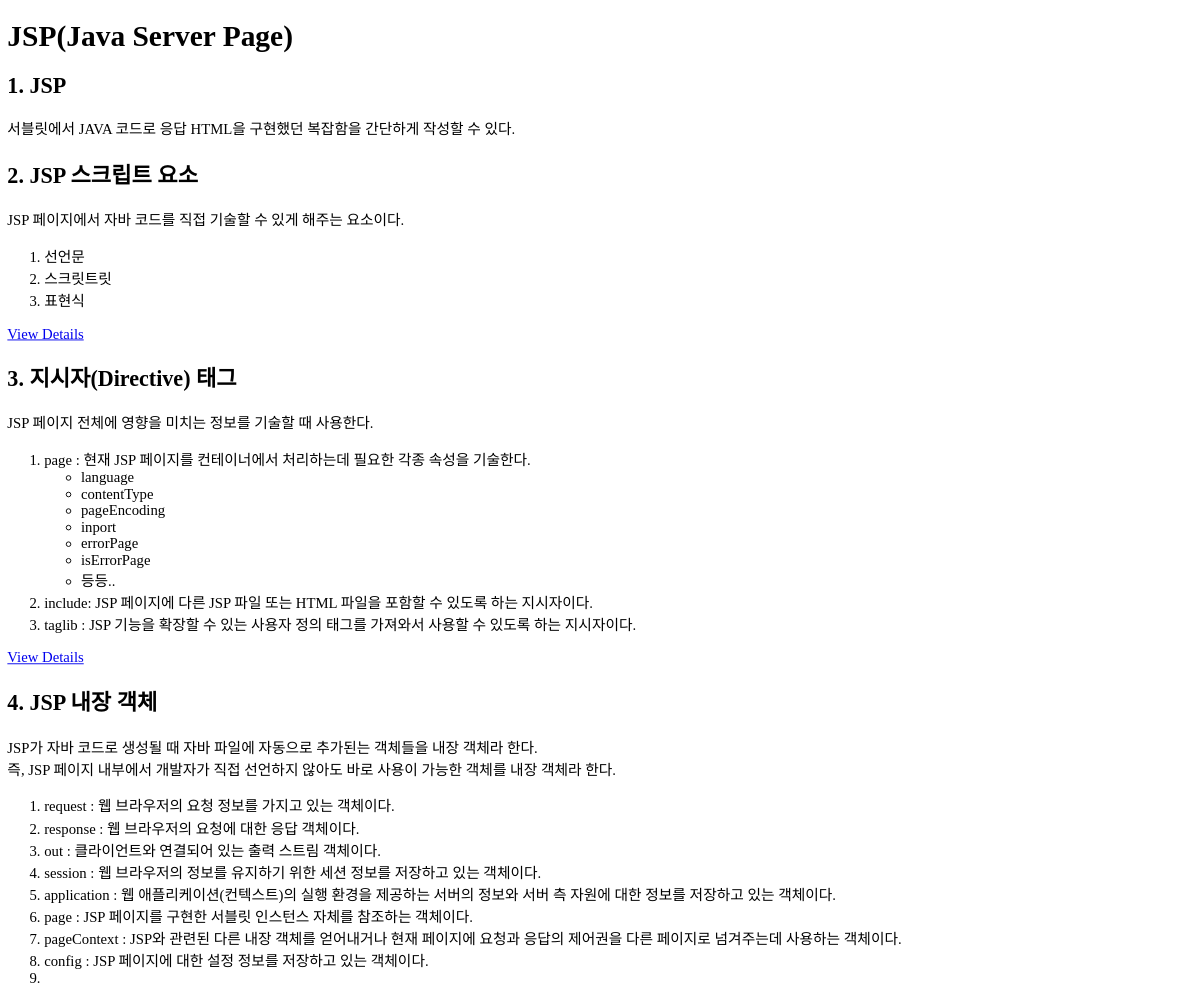
Repository: Parknogyung/Backend
Page: 02_JSP/src/main/webapp/index.html
The author's editor kept a copy of each file at every save. The page is drawn from the files as they stood at one save, then again after the next save.
The browser window is 1280 px wide. The pictures show the whole page, at 92% of full size.

Above is the page before, as saved 2022-07-11 01:05:34.

### 02_JSP/src/main/webapp/index.html
<!DOCTYPE html>
<html>
<head>
<meta charset="UTF-8">
<title>JSP(Java Server Page)</title>
</head>
<body>
	<h1>JSP(Java Server Page)</h1>

	<h2>1. JSP</h2>
	<p>
		서블릿에서 JAVA 코드로 응답 HTML을 구현했던 복잡함을 간단하게 작성할 수 있다.
	</p>

	<h2>2. JSP 스크립트 요소</h2>
	<p>
		JSP 페이지에서 자바 코드를 직접 기술할 수 있게 해주는 요소이다.
	</p>

	<ol>
		<li>선언문</li>
		<li>스크릿트릿</li>
		<li>표현식</li>
	</ol>

	<a href="views/elements">View Details</a>

	<h2>3. 지시자(Directive) 태그</h2>
	<p>
		JSP 페이지 전체에 영향을 미치는 정보를 기술할 때 사용한다.
	</p>

	<ol>
		<li>page : 현재 JSP 페이지를 컨테이너에서 처리하는데 필요한 각종 속성을 기술한다.</li>
		<ul>
 	 		<li> language </li>
  			<li> contentType </li>
  			<li> pageEncoding </li>
  			<li> inport </li>
  			<li> errorPage </li>
  			<li> isErrorPage </li>
  			<li> 등등.. </li>
		</ul>

		<li>include: JSP 페이지에 다른 JSP 파일 또는 HTML 파일을 포함할 수 있도록 하는 지시자이다.</li>
		<li>taglib : JSP 기능을 확장할 수 있는 사용자 정의 태그를 가져와서 사용할 수 있도록 하는 지시자이다.</li>
	</ol>

	<a href="views/directive">View Details</a>

	<h2>4. JSP 내장 객체</h2>
	<p>
		JSP가 자바 코드로 생성될 때 자바 파일에 자동으로 추가된는 객체들을 내장 객체라 한다. <br>
		즉, JSP 페이지 내부에서 개발자가 직접 선언하지 않아도 바로 사용이 가능한 객체를 내장 객체라 한다.
	</p>

	<ol>
		<li>request : 웹 브라우저의 요청 정보를 가지고 있는 객체이다.</li>
		<li>response : 웹 브라우저의 요청에 대한 응답 객체이다.</li>
		<li>out : 클라이언트와 연결되어 있는 출력 스트림 객체이다.</li>
		<li>session : 웹 브라우저의 정보를 유지하기 위한 세션 정보를 저장하고 있는 객체이다.</li>
		<li>application : 웹 애플리케이션(컨텍스트)의 실행 환경을 제공하는 서버의 정보와 서버 측 자원에 대한 정보를 저장하고 있는 객체이다.</li>
		<li>page : JSP 페이지를 구현한 서블릿 인스턴스 자체를 참조하는 객체이다.</li>
		<li>pageContext : JSP와 관련된 다른 내장 객체를 얻어내거나 현재 페이지에 요청과 응답의 제어권을 다른 페이지로 넘겨주는데 사용하는 객체이다.</li>
		<li>config : JSP 페이지에 대한 설정 정보를 저장하고 있는 객체이다.</li>
		<li></li>
	</ol>
</body>
</html>

After the next save:
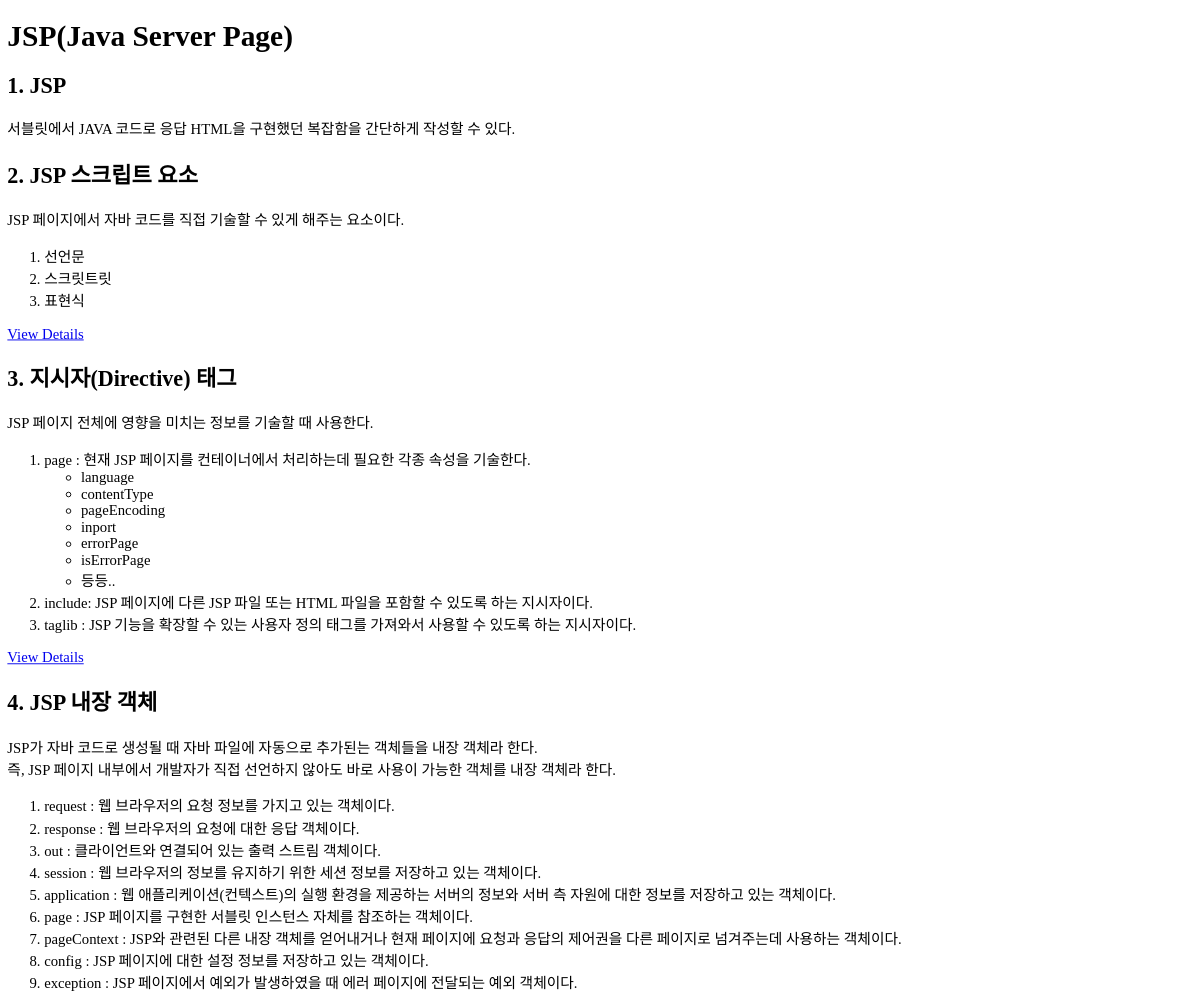
Saved 38 s later.
--- a/02_JSP/src/main/webapp/index.html
+++ b/02_JSP/src/main/webapp/index.html
@@ -63,7 +63,7 @@
 		<li>page : JSP 페이지를 구현한 서블릿 인스턴스 자체를 참조하는 객체이다.</li>
 		<li>pageContext : JSP와 관련된 다른 내장 객체를 얻어내거나 현재 페이지에 요청과 응답의 제어권을 다른 페이지로 넘겨주는데 사용하는 객체이다.</li>
 		<li>config : JSP 페이지에 대한 설정 정보를 저장하고 있는 객체이다.</li>
-		<li></li>
+		<li>exception : JSP 페이지에서 예외가 발생하였을 때 에러 페이지에 전달되는 예외 객체이다.</li>
 	</ol>
 </body>
 </html>
